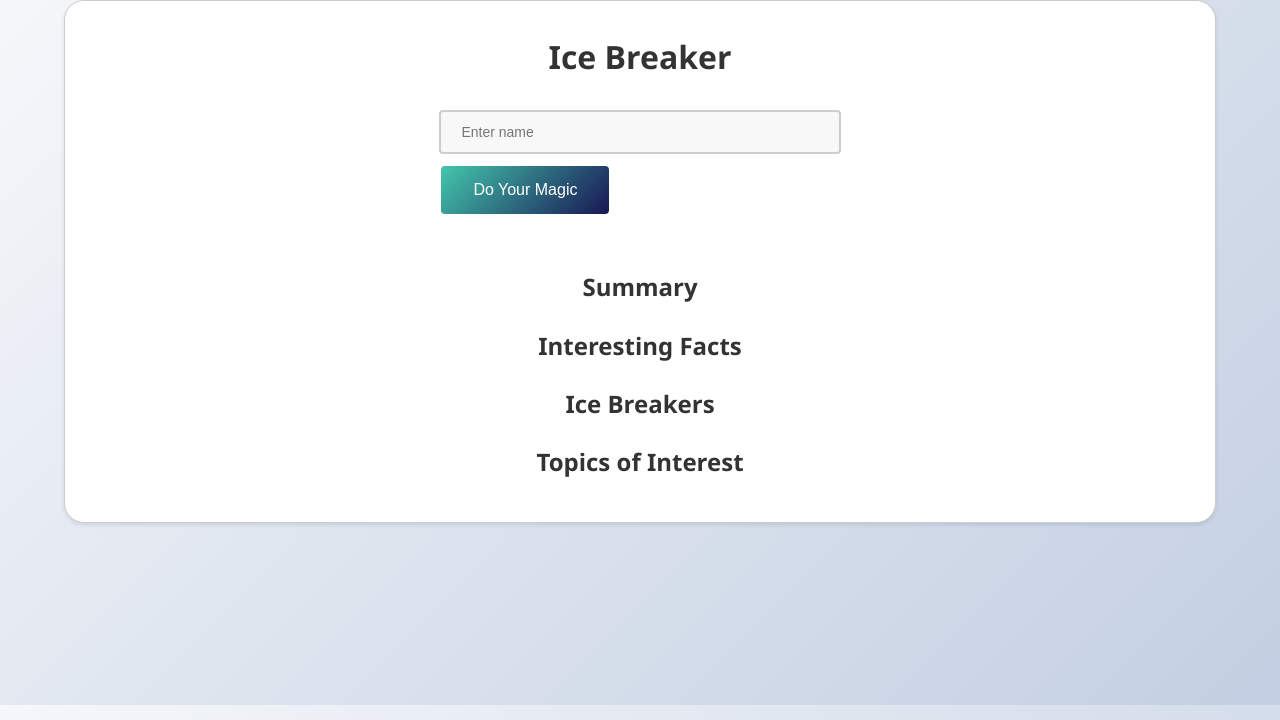
Repository: kunal02kb/Minor-Project-LangCahin
Page: http://localhost/
The author's editor kept a copy of each file at every save. The page is drawn from the files as they stood at one save, then again after the next save.
The browser window is 1280 px wide. The pictures show the whole page.
Some web libraries are served in a nearby version. The page is served by the project's application, run on Flask 3 (app.py).

Above is the page before, as saved 2023-09-27 08:25:54.

After the next save:
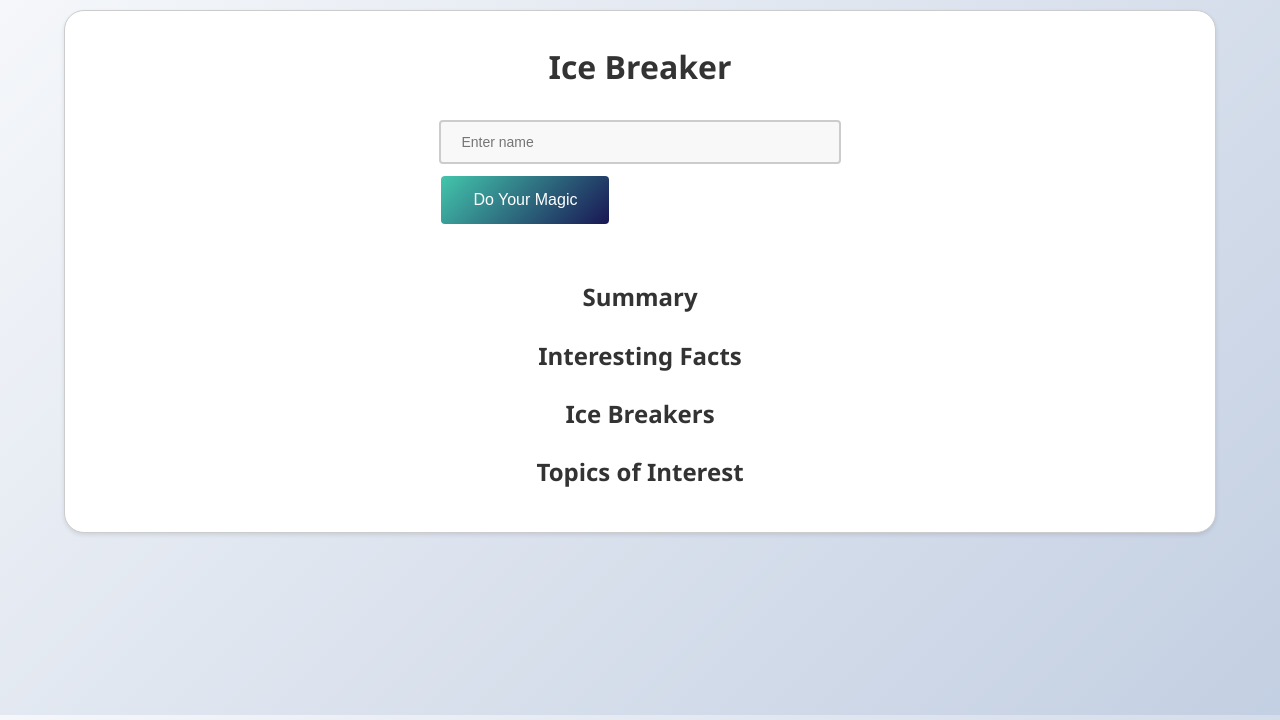
Saved 81 s later.
--- a/static/css/style.css
+++ b/static/css/style.css
@@ -16,7 +16,7 @@ body {
 
 .container {
     width: 90%;
-    margin: auto;
+    margin: 10px auto;
     padding: 30px;
     background-color: #ffffff;
     box-shadow: 0 2px 4px rgba(0, 0, 0, 0.1);
